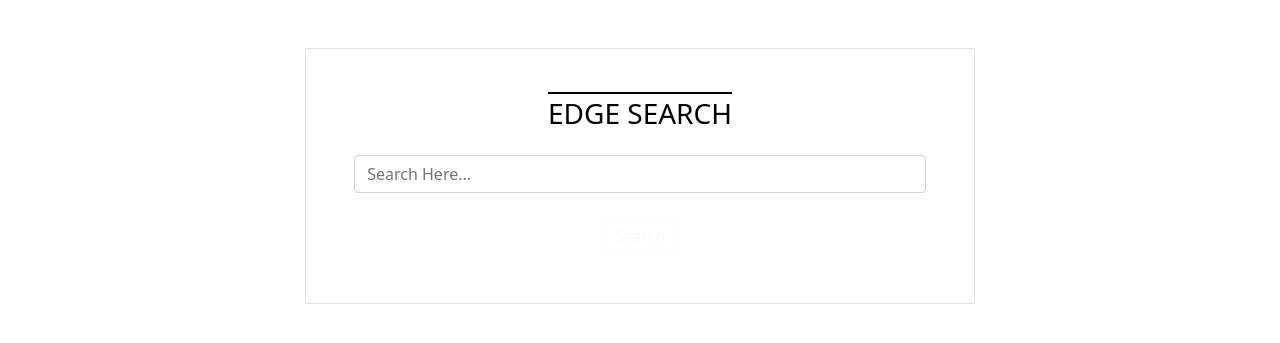
Repository: IamPawan777/spring-MCV
Page: http://localhost/my_search_engine/edgePage.jsp
These files come from the project's save history. The page is drawn as it stood at one moment and after the next save; the edit follows.
The browser window is 1280 px wide. The pictures show the whole page.
The page is served by Tomcat 9. Other server files are loaded and not shown.

Above is the page before, as saved 2025-01-18 08:04:20.

### my_search_engine/src/main/webapp/edgePage.jsp
<!doctype html>
<html lang="en">
  <head>
    <!-- Required meta tags -->
    <meta charset="utf-8">
    <meta name="viewport" content="width=device-width, initial-scale=1">

	<!-- Bootstrap CSS -->
    <link href="https://cdn.jsdelivr.net/npm/bootstrap@5.0.2/dist/css/bootstrap.min.css" rel="stylesheet" integrity="sha384-EVSTQN3/azprG1Anm3QDgpJLIm9Nao0Yz1ztcQTwFspd3yD65VohhpuuCOmLASjC" crossorigin="anonymous">


    <title>Hello, world!</title>
  </head>
  <body>



		<div class="container" >
			<div class="card mx-auto mt-5 btn-warning" style="width: 60%;">
				<div class="card-body p-5">
					<h3 class="text-center" style="text-decoration: overline; text-transform: uppercase;">Edge Search</h3>

					<form class="mt-4" action="edgeProcess" method="post">
						<div class="form-group">
							<input class="form-control" type="text" name="edgeQueryBox" placeholder="Search Here...">
						</div>
						<div class="container text-center mt-4">
							<button class=" btn btn-outline-light">Search</button>
						</div>
					</form>

				</div>
			</div>
		</div>




    <!-- Optional JavaScript; choose one of the two! -->

    <!-- Option 1: Bootstrap Bundle with Popper -->
    <script src="https://cdn.jsdelivr.net/npm/bootstrap@5.0.2/dist/js/bootstrap.bundle.min.js" integrity="sha384-MrcW6ZMFYlzcLA8Nl+NtUVF0sA7MsXsP1UyJoMp4YLEuNSfAP+JcXn/tWtIaxVXM" crossorigin="anonymous"></script>

    <!-- Option 2: Separate Popper and Bootstrap JS -->
    <!--
    <script src="https://cdn.jsdelivr.net/npm/@popperjs/core@2.9.2/dist/umd/popper.min.js" integrity="sha384-IQsoLXl5PILFhosVNubq5LC7Qb9DXgDA9i+tQ8Zj3iwWAwPtgFTxbJ8NT4GN1R8p" crossorigin="anonymous"></script>
    <script src="https://cdn.jsdelivr.net/npm/bootstrap@5.0.2/dist/js/bootstrap.min.js" integrity="sha384-cVKIPhGWiC2Al4u+LWgxfKTRIcfu0JTxR+EQDz/bgldoEyl4H0zUF0QKbrJ0EcQF" crossorigin="anonymous"></script>
    -->
  </body>
</html>

After the next save:
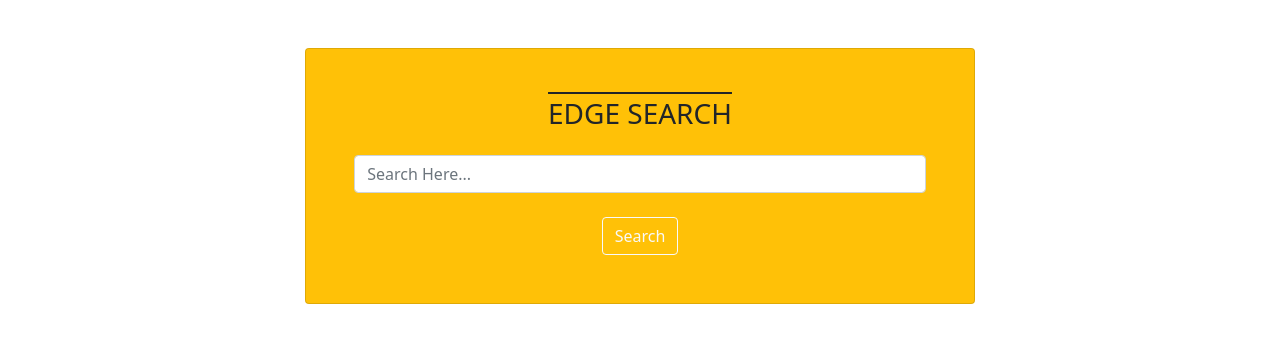
Saved 13 s later.
--- a/my_search_engine/src/main/webapp/edgePage.jsp
+++ b/my_search_engine/src/main/webapp/edgePage.jsp
@@ -16,7 +16,7 @@
 
 
 		<div class="container" >
-			<div class="card mx-auto mt-5 btn-warning" style="width: 60%;">
+			<div class="card mx-auto mt-5 bg-warning" style="width: 60%;">
 				<div class="card-body p-5">
 					<h3 class="text-center" style="text-decoration: overline; text-transform: uppercase;">Edge Search</h3>
 
